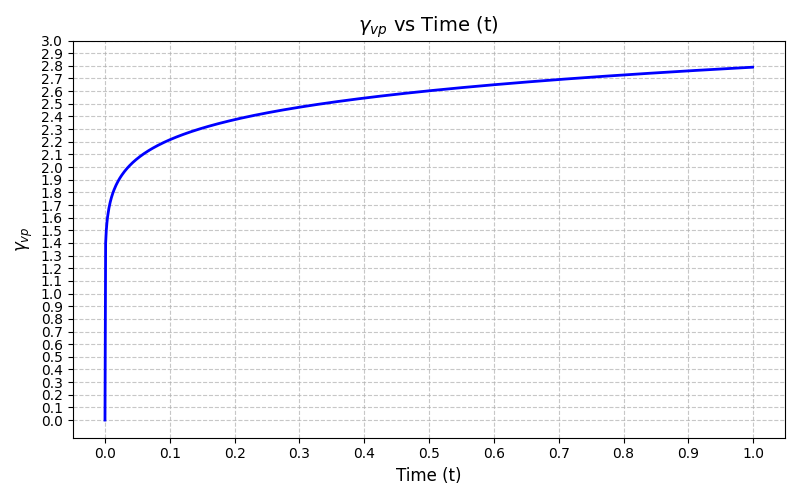
Repository: ajacquey/beaver
Script's output: python examples/viscoelasticity/Lemaitre/Lemaitre_analytical/Lemaitre_analytical.py
The author's editor kept a copy of each file at every save. The script's output is drawn from the files as they stood at one save, then again after the next save.
Random numbers start from a fixed seed.

Above is the script's output before, as saved 2025-05-28 13:05:50.

### examples/viscoelasticity/Lemaitre/Lemaitre_analytical/Lemaitre_analytical.py
import numpy as np
import matplotlib.pyplot as plt
from openpyxl import Workbook

def calculate_gamma_vp(t, A_r=1, T_r=289, T=289, q=2, A_2=1, alpha=0.1, beta=1.48):
    """Calculate the analytical solution for gamma_vp"""
    exponent = A_r * ((1 / T_r) - (1 / T))
    numerator = alpha * np.exp(exponent)
    denominator = alpha
    first_term = (numerator / denominator) ** alpha
    second_term = (q / A_2) ** beta
    return first_term * second_term * (t ** alpha)

# Time range from 0 to 1 with step 0.1
t_values = np.arange(0, 1.0, 0.001)

# Calculate gamma_vp for each time point
gamma_vp_values = [calculate_gamma_vp(t) for t in t_values]

# --- Save to Excel ---
wb = Workbook()
ws = wb.active
ws.title = "Gamma_vp Results"
ws.append(["Time (t)", "Gamma_vp"])
for t, gamma in zip(t_values, gamma_vp_values):
    ws.append([t, gamma])
wb.save("gamma_vp_results.xlsx")

# --- Create Plot ---
plt.figure(figsize=(8, 5))
plt.plot(t_values, gamma_vp_values, 'b-', linewidth=2)
plt.title(r'$\gamma_{vp}$ vs Time (t)', fontsize=14)
plt.xlabel('Time (t)', fontsize=12)
plt.ylabel(r'$\gamma_{vp}$', fontsize=12)
plt.grid(True, linestyle='--', alpha=0.7)
plt.xticks(np.arange(0, 1.1, 0.1))
plt.yticks(np.arange(0, 3.1, 0.1))
plt.tight_layout()

# Save and show plot
plt.savefig('gamma_vp_plot.png', dpi=300)
plt.show()

print("Results saved to:")
print("- Excel file: 'gamma_vp_results.xlsx'")
print("- Plot: 'gamma_vp_plot.png'")

After the next save:
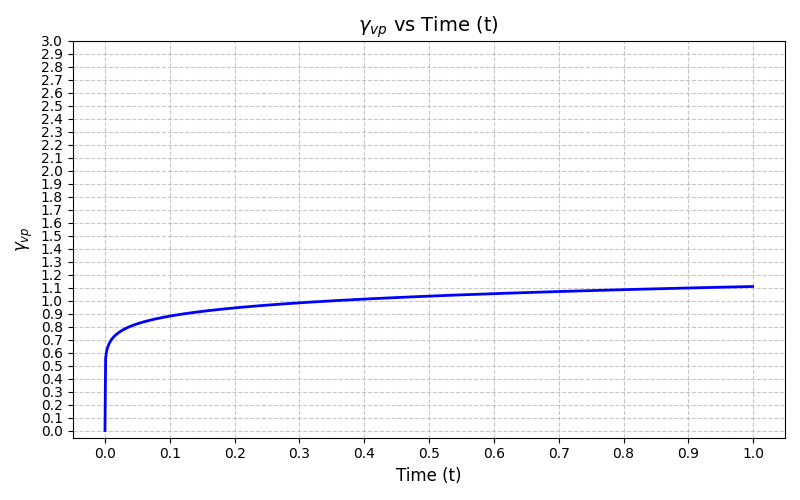
Saved 63 s later.
--- a/examples/viscoelasticity/Lemaitre/Lemaitre_analytical/Lemaitre_analytical.py
+++ b/examples/viscoelasticity/Lemaitre/Lemaitre_analytical/Lemaitre_analytical.py
@@ -2,7 +2,7 @@
 import matplotlib.pyplot as plt
 from openpyxl import Workbook
 
-def calculate_gamma_vp(t, A_r=1, T_r=289, T=289, q=2, A_2=1, alpha=0.1, beta=1.48):
+def calculate_gamma_vp(t, A_r=1, T_r=289, T=289, q=2, A_2=1, alpha=0.1, beta=0.148):
     """Calculate the analytical solution for gamma_vp"""
     exponent = A_r * ((1 / T_r) - (1 / T))
     numerator = alpha * np.exp(exponent)

After the save that followed:
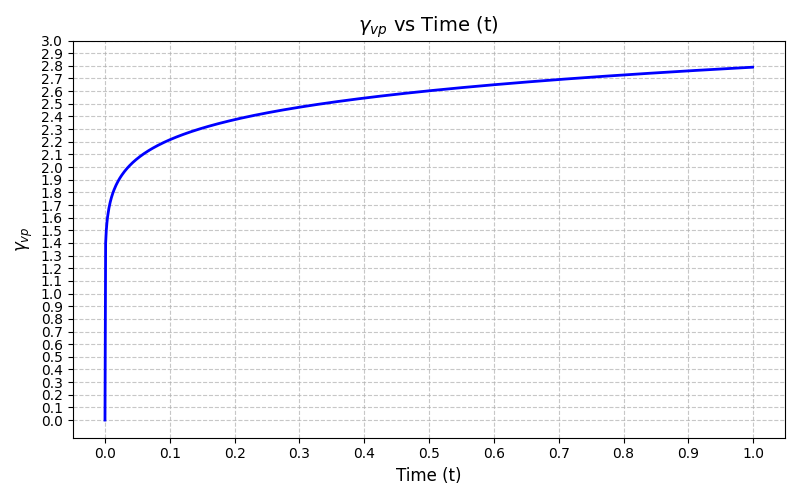
Saved 37 s later.
--- a/examples/viscoelasticity/Lemaitre/Lemaitre_analytical/Lemaitre_analytical.py
+++ b/examples/viscoelasticity/Lemaitre/Lemaitre_analytical/Lemaitre_analytical.py
@@ -2,7 +2,7 @@
 import matplotlib.pyplot as plt
 from openpyxl import Workbook
 
-def calculate_gamma_vp(t, A_r=1, T_r=289, T=289, q=2, A_2=1, alpha=0.1, beta=0.148):
+def calculate_gamma_vp(t, A_r=1, T_r=289, T=289, q=2, A_2=1, alpha=0.1, beta=1.48):
     """Calculate the analytical solution for gamma_vp"""
     exponent = A_r * ((1 / T_r) - (1 / T))
     numerator = alpha * np.exp(exponent)
